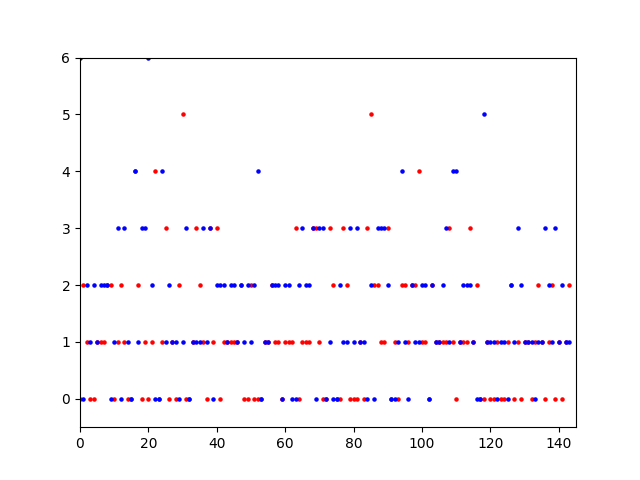
Repository: nelsonalexandrino/python_matplotlib_datavisualization_
Script's output: python LineAndScatterSplots.py
An editor plug-in stored every save of this project. The script's output is shown before and after the next save, followed by the edit.
Random numbers start from a fixed seed.

Above is the script's output before, as saved 2019-08-25 11:44:01.

After the next save:
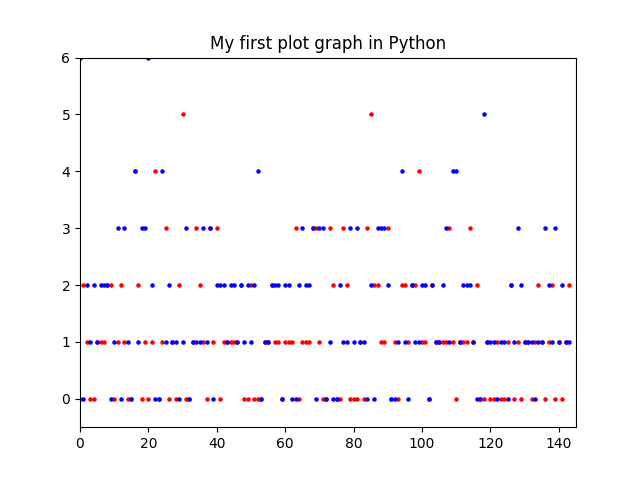
Saved 53 s later.
--- a/LineAndScatterSplots.py
+++ b/LineAndScatterSplots.py
@@ -12,6 +12,7 @@ for i in range(len(HomeTeamGoals)):
 
 #pyplot.plot(xAxis, AwayTeamGoals, c='red')
 pyplot.scatter(xAxis, AwayTeamGoals, c='red', s=5)
+pyplot.title('My first plot graph in Python')
 pyplot.scatter(xAxis, HomeTeamGoals, c='blue', s=5)
 pyplot.xlim(0, 145)
 pyplot.ylim(-0.5, 6)
